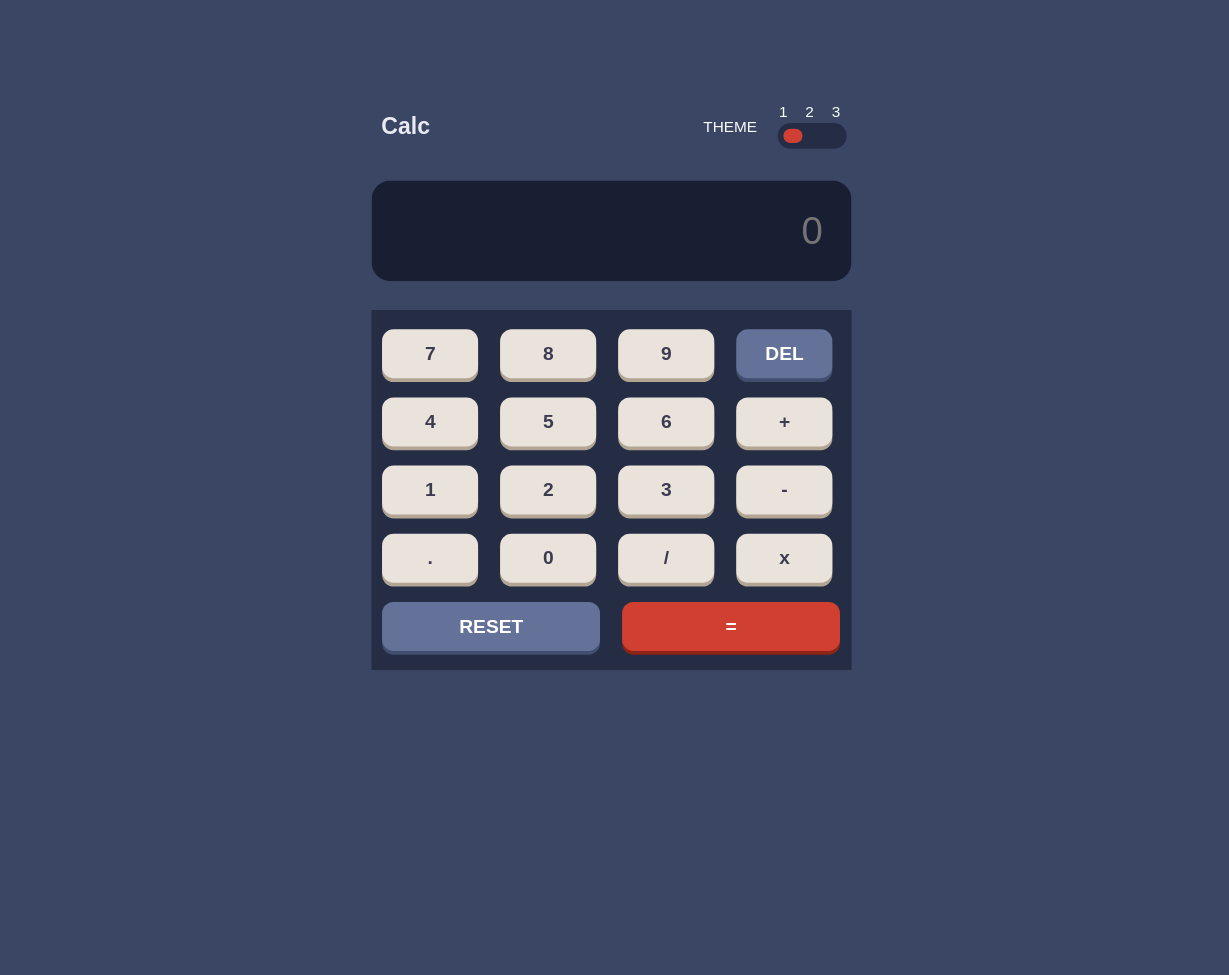
Repository: Bakyproit/Calcutor
Page: index.html
These files come from the project's save history. The page is drawn as it stood at one moment and after the next save; the edit follows.
The browser window is 1280 px wide. The pictures show the whole page, at 96% of full size.

Above is the page before, as saved 2022-02-10 13:41:57.
Console error: ReferenceError: script is not defined

### index.html
<!DOCTYPE html>
<html lang="en">
<head>
    <meta charset="UTF-8">
    <meta http-equiv="X-UA-Compatible" content="IE=edge">
    <meta name="viewport" content="width=device-width, initial-scale=1.0">
    <title>SimpleCalculatorApp</title>
    <link rel="stylesheet" href="asset/App.css">
    <link rel="stylesheet" href="asset/grid.css">
    <script src="./app.js"></script>
</head>
<body>
    <div class="container">
        <div class="app">
            <div class="app__title">
                <h1 class="app__title-name">Calc</h1>
                <div class="app__title-theme">
                    <p class="app__title-theme-name">THEME</p>
                    <div class="app__title-theme-box">
                        <div class="app__title-theme-box-number">
                            <span class="app__title-theme-box-number-1">1</span>
                            <span class="app__title-theme-box-number-2">2</span>
                            <span class="app__title-theme-box-number-3">3</span>
                        </div>
                        <div class="app__title-theme-box-toggle">
                            <label for="toggle-input" class="toggle">
                                <input type="checkbox" id="toggle-input" class="toggle__checkbox">
                                <div class="toggle__bar">
                                    <div class="toggle__spin"></div>
                                </div>
                            </label>
                        </div>
                    </div>
                </div>
            </div>

            <div class="app__result">
                <input type="text" class="app__result-output" placeholder="0" id="result">
                <!-- <h1 class="app__result-number">399,981</h1> -->
            </div>

            <div class="app__content">
                <div class="app__content-number">
                    <div class="button">
                        <span class="number" onclick="numShow('7')">7</span>
                    </div>
                    <div class="button">
                        <span class="number" onclick="numShow('8')">8</span>
                    </div>
                    <div class="button">
                        <span class="number" onclick="numShow('9')">9</span>
                    </div>
                    <div class="button button-del">
                        <span class="number number-del" onclick="numShow('DEL')">DEL</span>
                    </div>

                    <div class="button">
                        <span class="number" onclick="numShow('4')">4</span>
                    </div>
                    <div class="button">
                        <span class="number" onclick="numShow('5')">5</span>
                    </div>
                    <div class="button">
                        <span class="number" onclick="numShow('6')">6</span>
                    </div>
                    <div class="button">
                        <span class="number" onclick="numShow('+')">+</span>
                    </div>

                    <div class="button">
                        <span class="number" onclick="numShow('1')">1</span>
                    </div>
                    <div class="button">
                        <span class="number" onclick="numShow('2')">2</span>
                    </div>
                    <div class="button">
                        <span class="number" onclick="numShow('3')">3</span>
                    </div>
                    <div class="button">
                        <span class="number" onclick="numShow('-')">-</span>
                    </div>

                    <div class="button">
                        <span class="number" onclick="numShow('.')">.</span>
                    </div>
                    <div class="button">
                        <span class="number" onclick="numShow('0')">0</span>
                    </div>
                    <div class="button">
                        <span class="number" onclick="numShow('/')">/</span>
                    </div>
                    <div class="button">
                        <span class="number" onclick="numShow('x')">x</span>
                    </div>

                    <div class="app__content-number-footer">
                        <div class="button botton-reset">
                            <span class="number number-reset" onclick="numShow('RESET')">RESET</span>
                        </div>
                        <div class="button botton-return">
                            <span class="number number-return" onclick="numShow('=')">=</span>
                        </div>
                    </div>
                </div>
            </div>
        </div>
    </div>
</body>
</html>

### asset/App.css
html{
    font-family:Arial, Helvetica, sans-serif ;
    box-sizing: border-box;
    padding: 0;
    margin: 0;
}
h1{
    margin: 0;
}
body{
    background-color: #3b4664;
}

.container{
    width: 100%;
    min-height: 1000px;
    position: relative;
}
.app{
    width: 500px;
    position:absolute ;
    top:100px ;
    left:30%;

}
.app__title{
    display: flex;
    justify-content:space-between;

}
.app__title-name{
    color : #e9ebf0 ;
    font-size: 24px;
    padding: 10px;
}
.app__title-theme{
    display: flex;
}
.app__title-theme-name{
    color :20px ;
    color:#fcfeff ;
    margin-right: 16px;
}
.app__title-theme-box{
    display: flex;
    flex-direction: column;
    padding-right: 5px;
}
.app__title-theme-box-number{
    color : #f8ffff ;
}
.app__title-theme-box-number-1{
    padding: 0 7px;
}
.app__title-theme-box-number-2{
    padding: 0 7px;

}
.app__title-theme-box-number-3{
    padding: 0 7px;

}
.app__title-theme-box-toggle{
    padding-top: 2px;
    padding-left: 5px;
}
.toggle__checkbox{
    display: none;
}
.toggle__bar{
    width: 60px;
    height: 15px;
    background-color: #252c46;
    border-radius: 5rem;
    /* transition: background-color 4s linear; */
    padding: 6px;
    cursor: pointer;
}
.toggle__spin{
    width: 20px;
    height: 15px;
    background-color: #cf3f34;
    border-radius: 3rem;
    transition: transform .3s linear;
    cursor: pointer;
}
.toggle__checkbox:checked ~ .toggle__bar{
    background-color: #a2aac6;
}
.toggle__checkbox:checked + .toggle__bar .toggle__spin {
    transform: translateX(2.5rem);
}


.app__result{
    margin:30px 0;
    border-radius: 20px;
    /* color: #fff ; */
    overflow: hidden;
}
.app__result-output{
    box-sizing: border-box;
    width: 500px;
    background-color: #181f32;
    outline: none;
    border: none;
    text-align: end;
    padding: 30px;
    font-size: 40px;
}

.app__content{
    background-color: #252d44;
}
.app__content-number{
    display: flex;
    flex-wrap: wrap;
}
.button{
    width: 20%;
    height: 51px;
    background-color: #eae3db;
    margin: 20px 12px 0 11px;
    display: flex;
    justify-content: center;
    align-items: center;
    border-radius: 12px ;
    box-shadow: 0px 4px #b2a594 ;
    cursor: pointer;
}
.number{
    color: #3d3b51;
    font-size: 20px;
    font-weight: 800;
}
.app__content-number-footer{
    margin-bottom: 20px;
    width: 100%;
    display: flex;

}
.botton-reset{
    flex: 1 ;
}
.button-del ,
.botton-reset{
    background-color: #647299 ;
    box-shadow: 0px 4px #414e70 ;
}
.botton-return{
    flex: 1 ;
    background-color: #d13f30 ;
    box-shadow: 0px 4px #8f2316 ;
}
.number-reset,
.number-return,
.number-del{
    color : #fff ;
    font-weight: 600;
}

### asset/grid.css
.grid {
    width: 100%;
    display: block;

}

.grid.wide {
    max-width: 1200px;
    margin: 0 auto;
}

.row {
    display: flex;
    flex-wrap: wrap;
    margin-left: -4px;
    margin-right: -4px;
}

.row.no-gutters {
    margin-left: 0;
    margin-right: 0;
}

.col {
    padding-left: 4px;
    padding-right: 4px;
}

.row.no-gutters .col {
    padding-left: 0;
    padding-right: 0;
}

.c-0 {
    display: none;
}

.c-1 {
    flex: 0 0 8.33333%;
    max-width: 8.33333%;
}

.c-2 {
    flex: 0 0 16.66667%;
    max-width: 16.66667%;
}

.c-3 {
    flex: 0 0 25%;
    max-width: 25%;
}

.c-4 {
    flex: 0 0 33.33333%;
    max-width: 33.33333%;
}

.c-5 {
    flex: 0 0 41.66667%;
    max-width: 41.66667%;
}

.c-6 {
    flex: 0 0 50%;
    max-width: 50%;
}

.c-7 {
    flex: 0 0 58.33333%;
    max-width: 58.33333%;
}

.c-8 {
    flex: 0 0 66.66667%;
    max-width: 66.66667%;
}

.c-9 {
    flex: 0 0 75%;
    max-width: 75%;
}

.c-10 {
    flex: 0 0 83.33333%;
    max-width: 83.33333%;
}

.c-11 {
    flex: 0 0 91.66667%;
    max-width: 91.66667%;
}

.c-12 {
    flex: 0 0 100%;
    max-width: 100%;
}

.c-o-1 {
    margin-left: 8.33333%;
}

.c-o-2 {
    margin-left: 16.66667%;
}

.c-o-3 {
    margin-left: 25%;
}

.c-o-4 {
    margin-left: 33.33333%;
}

.c-o-5 {
    margin-left: 41.66667%;
}

.c-o-6 {
    margin-left: 50%;
}

.c-o-7 {
    margin-left: 58.33333%;
}

.c-o-8 {
    margin-left: 66.66667%;
}

.c-o-9 {
    margin-left: 75%;
}

.c-o-10 {
    margin-left: 83.33333%;
}

.c-o-11 {
    margin-left: 91.66667%;
}

/* >= Tablet */
@media (min-width: 740px) {
    .row {
        margin-left: -8px;
        margin-right: -8px;
    }

    .col {
        padding-left: 8px;
        padding-right: 8px;
    }

    .m-0 {
        display: none;
    }

    .m-1,
    .m-2,
    .m-3,
    .m-4,
    .m-5,
    .m-6,
    .m-7,
    .m-8,
    .m-9,
    .m-10,
    .m-11,
    .m-12 {
        display: block;
    }

    .m-1 {
        flex: 0 0 8.33333%;
        max-width: 8.33333%;
    }

    .m-2 {
        flex: 0 0 16.66667%;
        max-width: 16.66667%;
    }

    .m-3 {
        flex: 0 0 25%;
        max-width: 25%;
    }

    .m-4 {
        flex: 0 0 33.33333%;
        max-width: 33.33333%;
    }

    .m-5 {
        flex: 0 0 41.66667%;
        max-width: 41.66667%;
    }

    .m-6 {
        flex: 0 0 50%;
        max-width: 50%;
    }

    .m-7 {
        flex: 0 0 58.33333%;
        max-width: 58.33333%;
    }

    .m-8 {
        flex: 0 0 66.66667%;
        max-width: 66.66667%;
    }

    .m-9 {
        flex: 0 0 75%;
        max-width: 75%;
    }

    .m-10 {
        flex: 0 0 83.33333%;
        max-width: 83.33333%;
    }

    .m-11 {
        flex: 0 0 91.66667%;
        max-width: 91.66667%;
    }

    .m-12 {
        flex: 0 0 100%;
        max-width: 100%;
    }

    .m-o-1 {
        margin-left: 8.33333%;
    }

    .m-o-2 {
        margin-left: 16.66667%;
    }

    .m-o-3 {
        margin-left: 25%;
    }

    .m-o-4 {
        margin-left: 33.33333%;
    }

    .m-o-5 {
        margin-left: 41.66667%;
    }

    .m-o-6 {
        margin-left: 50%;
    }

    .m-o-7 {
        margin-left: 58.33333%;
    }

    .m-o-8 {
        margin-left: 66.66667%;
    }

    .m-o-9 {
        margin-left: 75%;
    }

    .m-o-10 {
        margin-left: 83.33333%;
    }

    .m-o-11 {
        margin-left: 91.66667%;
    }
}

/* PC medium resolution > */
@media (min-width: 1113px) {
    .row {
        margin-left: -6px;
        margin-right: -6px;
    }

    .row.sm-gutter {
        margin-left: -5px;
        margin-right: -5px;
    }

    .col {
        padding-left: 6px;
        padding-right: 6px;
    }

    .row.sm-gutter .col {
        padding-left: 5px;
        padding-right: 5px;
    }

    .l-0 {
        display: none;
    }

    .l-1,
    .l-2,
    .l-2-4,
    .l-3,
    .l-4,
    .l-5,
    .l-6,
    .l-7,
    .l-8,
    .l-9,
    .l-10,
    .l-11,
    .l-12 {
        display: block;
    }

    .l-1 {
        flex: 0 0 8.33333%;
        max-width: 8.33333%;
    }

    .l-2 {
        flex: 0 0 16.66667%;
        max-width: 16.66667%;
    }

    .l-2-4 {
        flex: 0 0 20%;
        max-width: 20%;
    }

    .l-3 {
        flex: 0 0 25%;
        max-width: 25%;
    }

    .l-4 {
        flex: 0 0 33.33333%;
        max-width: 33.33333%;
    }

    .l-5 {
        flex: 0 0 41.66667%;
        max-width: 41.66667%;
    }

    .l-6 {
        flex: 0 0 50%;
        max-width: 50%;
    }

    .l-7 {
        flex: 0 0 58.33333%;
        max-width: 58.33333%;
    }

    .l-8 {
        flex: 0 0 66.66667%;
        max-width: 66.66667%;
    }

    .l-9 {
        flex: 0 0 75%;
        max-width: 75%;
    }

    .l-10 {
        flex: 0 0 83.33333%;
        max-width: 83.33333%;
    }

    .l-11 {
        flex: 0 0 91.66667%;
        max-width: 91.66667%;
    }

    .l-12 {
        flex: 0 0 100%;
        max-width: 100%;
    }

    .l-o-1 {
        margin-left: 8.33333%;
    }

    .l-o-2 {
        margin-left: 16.66667%;
    }

    .l-o-3 {
        margin-left: 25%;
    }

    .l-o-4 {
        margin-left: 33.33333%;
    }

    .l-o-5 {
        margin-left: 41.66667%;
    }

    .l-o-6 {
        margin-left: 50%;
    }

    .l-o-7 {
        margin-left: 58.33333%;
    }

    .l-o-8 {
        margin-left: 66.66667%;
    }

    .l-o-9 {
        margin-left: 75%;
    }

    .l-o-10 {
        margin-left: 83.33333%;
    }

    .l-o-11 {
        margin-left: 91.66667%;
    }
}

/* Tablet - PC low resolution */
@media (min-width: 740px) and (max-width: 1023px) {
    .wide {
        width: 644px;
    }
}

/* > PC low resolution */
@media (min-width: 1024px) and (max-width: 1239px) {
    .wide {
        width: 984px;
    }

    .wide .row {
        margin-left: -12px;
        margin-right: -12px;
    }

    .wide .row.sm-gutter {
        margin-left: -5px;
        margin-right: -5px;
    }

    .wide .col {
        padding-left: 12px;
        padding-right: 12px;
    }

    .wide .row.sm-gutter .col {
        padding-left: 5px;
        padding-right: 5px;
    }

    .wide .l-0 {
        display: none;
    }

    .wide .l-1,
    .wide .l-2,
    .wide .l-2-4,
    .wide .l-3,
    .wide .l-4,
    .wide .l-5,
    .wide .l-6,
    .wide .l-7,
    .wide .l-8,
    .wide .l-9,
    .wide .l-10,
    .wide .l-11,
    .wide .l-12 {
        display: block;
    }

    .wide .l-1 {
        flex: 0 0 8.33333%;
        max-width: 8.33333%;
    }

    .wide .l-2 {
        flex: 0 0 16.66667%;
        max-width: 16.66667%;
    }

    .wide .l-2-4 {
        flex: 0 0 20%;
        max-width: 20%;
    }

    .wide .l-3 {
        flex: 0 0 25%;
        max-width: 25%;
    }

    .wide .l-4 {
        flex: 0 0 33.33333%;
        max-width: 33.33333%;
    }

    .wide .l-5 {
        flex: 0 0 41.66667%;
        max-width: 41.66667%;
    }

    .wide .l-6 {
        flex: 0 0 50%;
        max-width: 50%;
    }

    .wide .l-7 {
        flex: 0 0 58.33333%;
        max-width: 58.33333%;
    }

    .wide .l-8 {
        flex: 0 0 66.66667%;
        max-width: 66.66667%;
    }

    .wide .l-9 {
        flex: 0 0 75%;
        max-width: 75%;
    }

    .wide .l-10 {
        flex: 0 0 83.33333%;
        max-width: 83.33333%;
    }

    .wide .l-11 {
        flex: 0 0 91.66667%;
        max-width: 91.66667%;
    }

    .wide .l-12 {
        flex: 0 0 100%;
        max-width: 100%;
    }

    .wide .l-o-1 {
        margin-left: 8.33333%;
    }

    .wide .l-o-2 {
        margin-left: 16.66667%;
    }

    .wide .l-o-3 {
        margin-left: 25%;
    }

    .wide .l-o-4 {
        margin-left: 33.33333%;
    }

    .wide .l-o-5 {
        margin-left: 41.66667%;
    }

    .wide .l-o-6 {
        margin-left: 50%;
    }

    .wide .l-o-7 {
        margin-left: 58.33333%;
    }

    .wide .l-o-8 {
        margin-left: 66.66667%;
    }

    .wide .l-o-9 {
        margin-left: 75%;
    }

    .wide .l-o-10 {
        margin-left: 83.33333%;
    }

    .wide .l-o-11 {
        margin-left: 91.66667%;
    }
}

Loaded but not shown: app.js (common file)

After the next save:
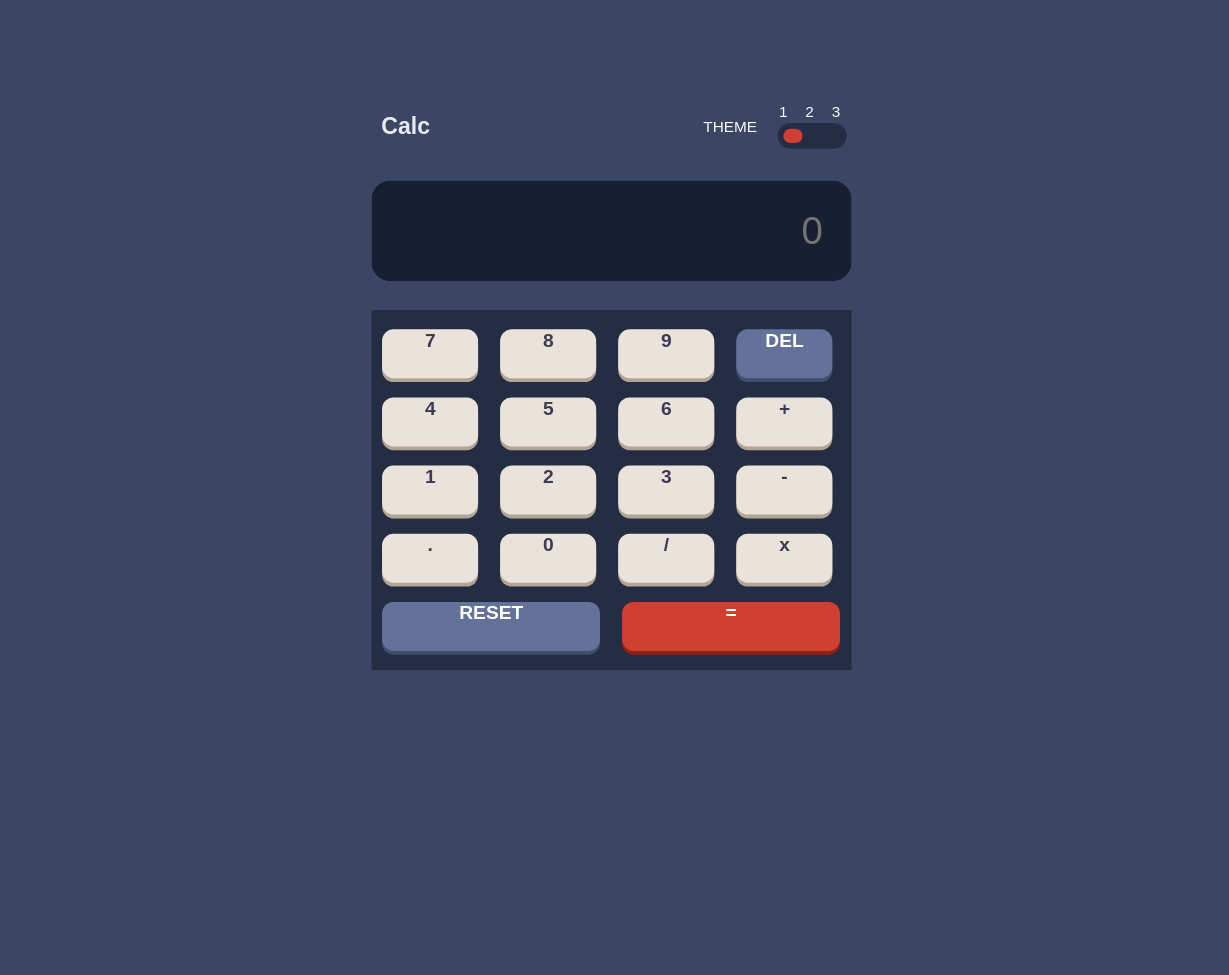
Saved 2 min 36 s later.
--- a/asset/App.css
+++ b/asset/App.css
@@ -121,9 +121,7 @@
     height: 51px;
     background-color: #eae3db;
     margin: 20px 12px 0 11px;
-    display: flex;
-    justify-content: center;
-    align-items: center;
+    text-align: center;
     border-radius: 12px ;
     box-shadow: 0px 4px #b2a594 ;
     cursor: pointer;

After the save that followed:
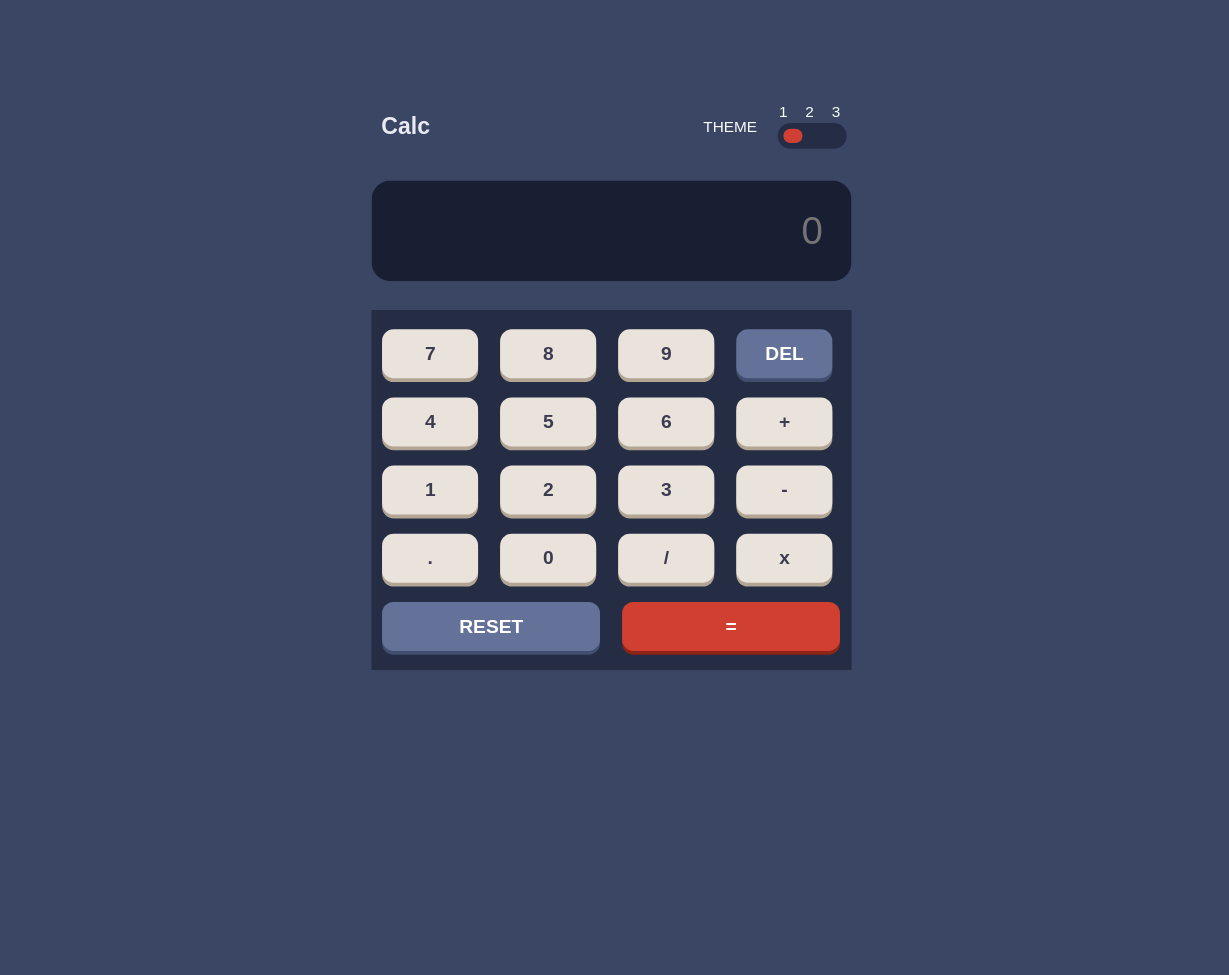
Saved 7 s later.
--- a/asset/App.css
+++ b/asset/App.css
@@ -121,7 +121,9 @@
     height: 51px;
     background-color: #eae3db;
     margin: 20px 12px 0 11px;
-    text-align: center;
+    display: flex;
+    justify-content: center;
+    align-items: center;
     border-radius: 12px ;
     box-shadow: 0px 4px #b2a594 ;
     cursor: pointer;
